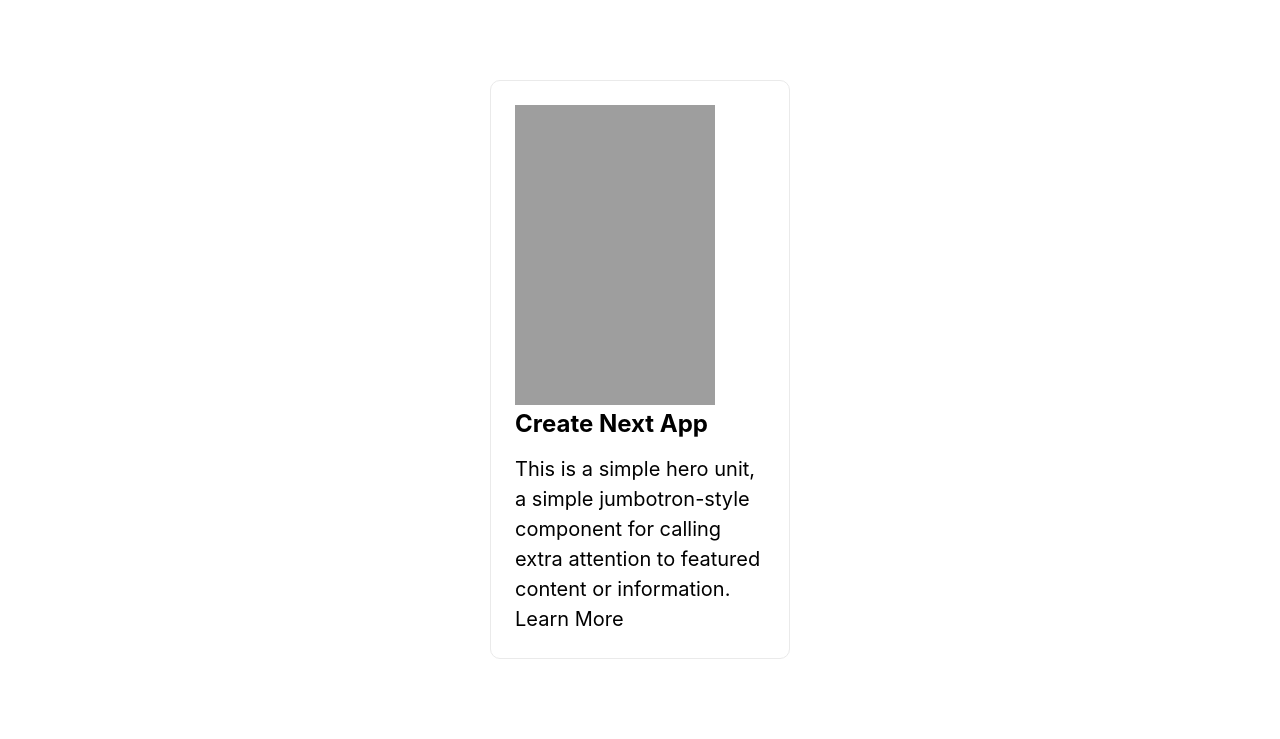
Repository: icode247/nextauth-app
Page: /
These files come from the project's save history. The page is drawn as it stood at one moment and after the next save; the edit follows.
The browser window is 1280 px wide. The pictures show the whole page.
Pictures or frames that could not be fetched are drawn as grey boxes. The project was rebuilt for these pictures with package versions that can differ from the ones it lists, and the page was loaded fresh each time. The framework's server and built-in components were replaced by stand-ins that run in the browser. Also part of the build but not shown: next.config.js.

Above is the page before, as saved 2022-08-15 00:19:16.

After the next save:
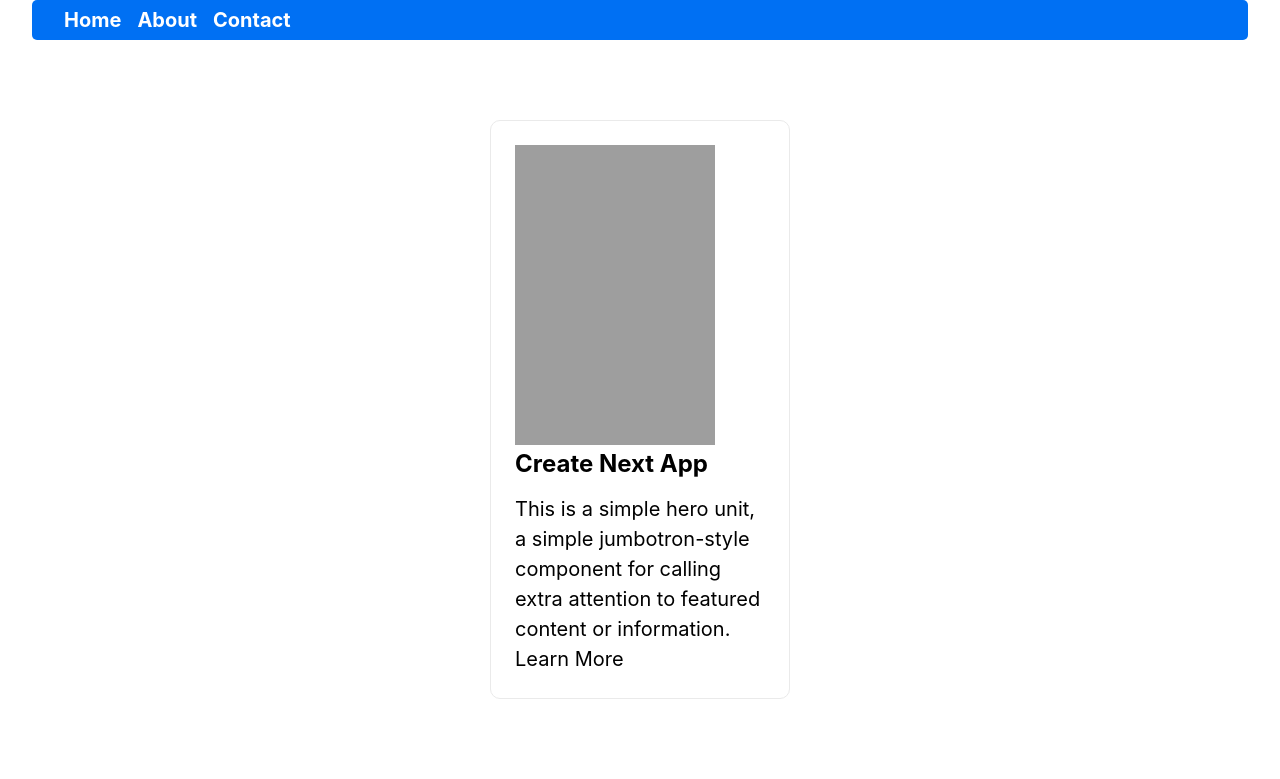
Saved 11 s later.
--- a/pages/index.tsx
+++ b/pages/index.tsx
@@ -11,7 +11,14 @@
         <meta name="description" content="Generated by create next app" />
         <link rel="icon" href="/favicon.ico" />
       </Head>
-
+   {/* Create navbar */}
+   <nav className={styles.navbar}>
+            <div className={styles.navbarLinks}>
+              <a href="#">Home</a>
+              <a href="#">About</a>
+              <a href="#">Contact</a>
+            </div>
+          </nav>
       <main className={styles.main}>
         <div>
           {/* create book card */}
